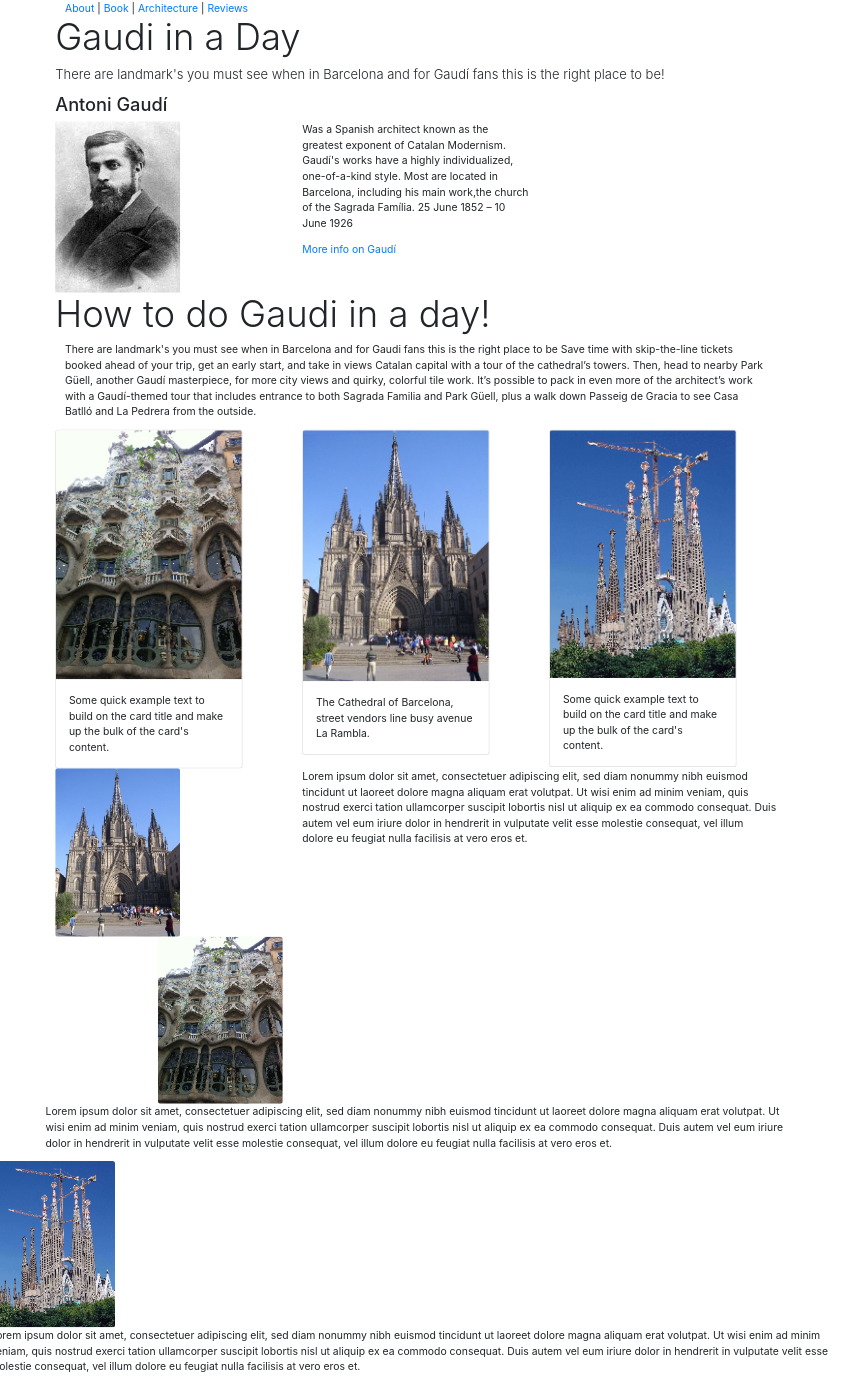
Repository: Taitdanielle/Milestone1
Page: index.html
The author's editor kept a record of every edit. The page is drawn from the files as they stood at one moment, then again after the next edit.
The browser window is 1280 px wide. The page is 1295 px wide, then 1280 px, so the pictures cover 1295 px, including what lies to the right of the window. The pictures show the whole page, at 65% of full size.

Above is the page before.

### index.html
<!DOCTYPE html>
<html lang="en">

<head>
    <title>Gaudí in a day!</title>
    <meta charset="UTF-8">
    <meta name="viewport" content="width=device-width, initial-scale=1.0">
    <meta http-equiv="X-UA-Compatible" content="ie=edge">
    <link rel="stylesheet" href="css/style.css" type="text/css" />
    <link href="https://fonts.googleapis.com/css?family=Lato&display=swap" rel="stylesheet">
    <link rel="stylesheet" href="https://stackpath.bootstrapcdn.com/bootstrap/4.3.1/css/bootstrap.min.css" integrity="sha384-ggOyR0iXCbMQv3Xipma34MD+dH/1fQ784/j6cY/iJTQUOhcWr7x9JvoRxT2MZw1T" crossorigin="anonymous">
</head>

<nav>
    <div class="container">
        <div class="col-md-12">
            <a href="/about/">About</a> |
            <a href="/book/">Book</a> |
            <a href="/architecture/">Architecture</a> |
            <a href="/reviews/">Reviews</a>
        </div>
    </div>
</nav>


<body class="background-color:#FDF7FF;">

    <div class="container">
        <h1 class="display-4">Gaudi in a Day</h1>
        <p class="lead">There are landmark's you must see when in Barcelona and for Gaudí fans this is the right place to be!</p>
    </div>

    <div class="container">
        <div class="row">
            <div class="col-md-12 title-heading-conatainer">
                <h3 class="title-heading"> Antoni Gaudí </h3>
            </div>
            <div class="col-md-4">
                <img src="images/gaudi.jpg" </img>
            </div>
            <div class="col-md-4">
                <p>Was a Spanish architect known as the greatest exponent of Catalan Modernism. Gaudí's works have a highly individualized, one-of-a-kind style. Most are located in Barcelona, including his main work,the church of the Sagrada Família. 25
                    June 1852 – 10 June 1926 </p>
                <a href="https://en.wikipedia.org/wiki/Antoni_Gaud%C3%AD">More info on Gaudí</a>
            </div>
        </div>
    </div>

    <div class="container">
        <h2 class="display-4"> How to do Gaudi in a day!</h2>
        <p class="col-md-12"> There are landmark's you must see when in Barcelona and for Gaudi fans this is the right place to be Save time with skip-the-line tickets booked ahead of your trip, get an early start, and take in views Catalan capital with a tour of the cathedral’s
            towers. Then, head to nearby Park Güell, another Gaudí masterpiece, for more city views and quirky, colorful tile work. It’s possible to pack in even more of the architect’s work with a Gaudí-themed tour that includes entrance to both Sagrada
            Familia and Park Güell, plus a walk down Passeig de Gracia to see Casa Batlló and La Pedrera from the outside. </p>
    </div>

    <!-- image cards -->
    <div class="container">
        <div class="row">
            <div class="col-md-4">
                <div class="card" style="width: 18rem;">
                    <img src="images/gaudi2.jpg" class="card-img-top" alt="Casa Battlo Building">
                    <div class="card-body">
                        <p class="card-text">Some quick example text to build on the card title and make up the bulk of the card's content.</p>
                    </div>
                </div>
            </div>
            <div class="col-md-4">
                <div class="card" style="width: 18rem;">
                    <img src="images/Sta-eulalia.jpg" class="card-img-top" alt=" Barri Gotic Building">
                    <div class="card-body">
                        <p class="card-text">The Cathedral of Barcelona, street vendors line busy avenue La Rambla.</p>
                    </div>
                </div>
            </div>
            <div class="col-md-4">
                <div class="card" style="width: 18rem;">
                    <img src="images/sagrada-familia-1028930_1920.jpg" class="card-img-top" alt="sagrada-familia-building">
                    <div class="card-body">
                        <p class="card-text">Some quick example text to build on the card title and make up the bulk of the card's content.</p>
                    </div>
                </div>
            </div>
        </div>
    </div>

    <div class="container">


        <div class="row">
            <div class="col-md-4">
                <img src="images/Sta-eulalia.jpg" class="rounded float-left" alt="barrigotic building">
            </div>
            <div class="col-md-8">
                <p>Lorem ipsum dolor sit amet, consectetuer adipiscing elit, sed diam nonummy nibh euismod tincidunt ut laoreet dolore magna aliquam erat volutpat. Ut wisi enim ad minim veniam, quis nostrud exerci tation ullamcorper suscipit lobortis nisl
                    ut aliquip ex ea commodo consequat. Duis autem vel eum iriure dolor in hendrerit in vulputate velit esse molestie consequat, vel illum dolore eu feugiat nulla facilisis at vero eros et.</p>
            </div>
        </div>


        <div class="row">
            <div class="col-md-4">
            <img src="images/gaudi2.jpg" class="rounded float-right" alt="Building">
            </div>
            <div class="col-md-8"></div>
            <p> Lorem ipsum dolor sit amet, consectetuer adipiscing elit, sed diam nonummy nibh euismod tincidunt ut laoreet dolore magna aliquam erat volutpat. Ut wisi enim ad minim veniam, quis nostrud exerci tation ullamcorper suscipit lobortis nisl ut
                aliquip ex ea commodo consequat. Duis autem vel eum iriure dolor in hendrerit in vulputate velit esse molestie consequat, vel illum dolore eu feugiat nulla facilisis at vero eros et.</p>
</div>
        </div>
        <div class="row">
            <img src="images/sagrada-familia-1028930_1920.jpg" class="rounded float-left" alt=building>
            <p> Lorem ipsum dolor sit amet, consectetuer adipiscing elit, sed diam nonummy nibh euismod tincidunt ut laoreet dolore magna aliquam erat volutpat. Ut wisi enim ad minim veniam, quis nostrud exerci tation ullamcorper suscipit lobortis nisl ut
                aliquip ex ea commodo consequat. Duis autem vel eum iriure dolor in hendrerit in vulputate velit esse molestie consequat, vel illum dolore eu feugiat nulla facilisis at vero eros et.</p>
        </div>
    </div>
    </div>
</body>

</html>

### css/style.css
container {
    background-color: #FBEAFF;
}

After the next edit:
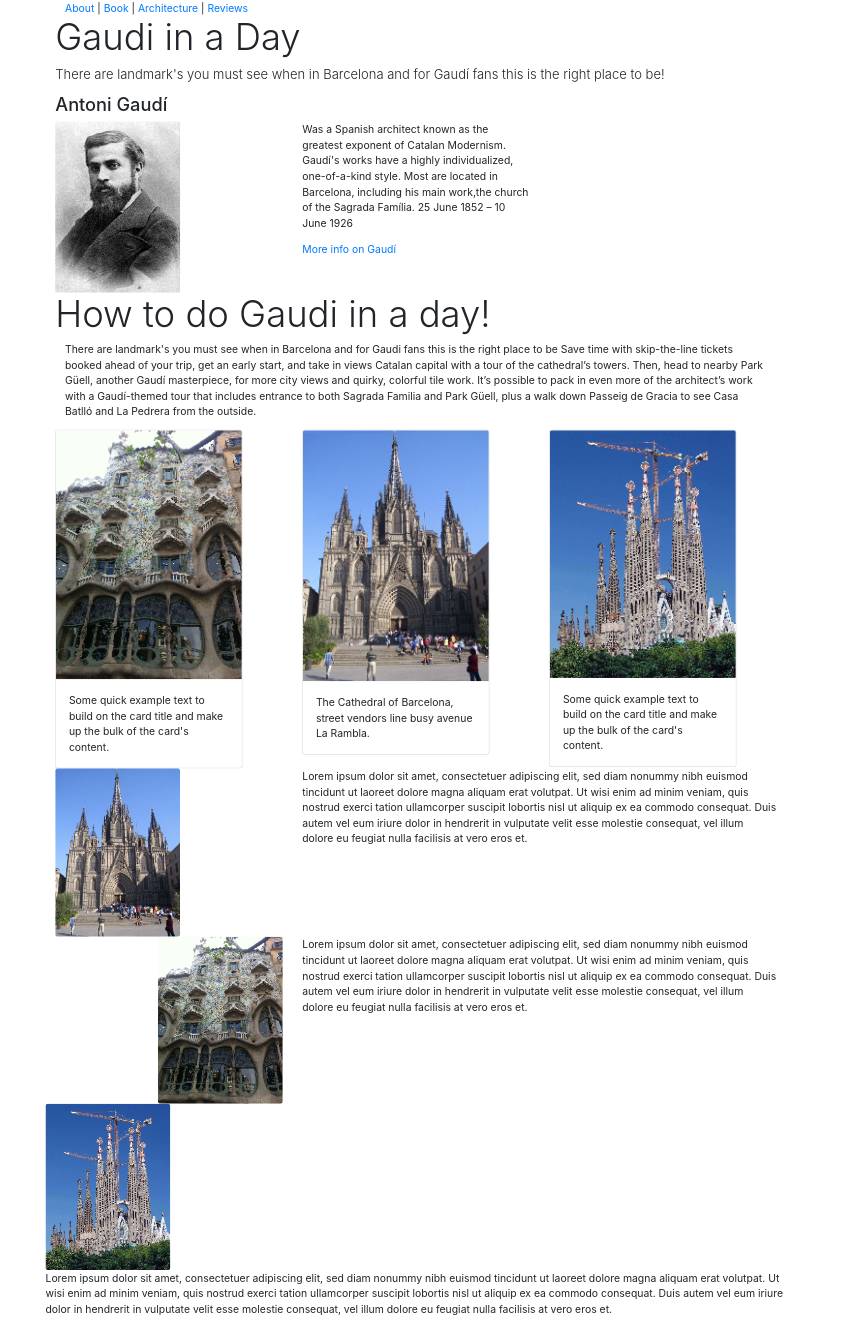
The edit:
--- a/index.html
+++ b/index.html
@@ -101,7 +101,7 @@
             <div class="col-md-4">
             <img src="images/gaudi2.jpg" class="rounded float-right" alt="Building">
             </div>
-            <div class="col-md-8"></div>
+            <div class="col-md-8">
             <p> Lorem ipsum dolor sit amet, consectetuer adipiscing elit, sed diam nonummy nibh euismod tincidunt ut laoreet dolore magna aliquam erat volutpat. Ut wisi enim ad minim veniam, quis nostrud exerci tation ullamcorper suscipit lobortis nisl ut
                 aliquip ex ea commodo consequat. Duis autem vel eum iriure dolor in hendrerit in vulputate velit esse molestie consequat, vel illum dolore eu feugiat nulla facilisis at vero eros et.</p>
 </div>
